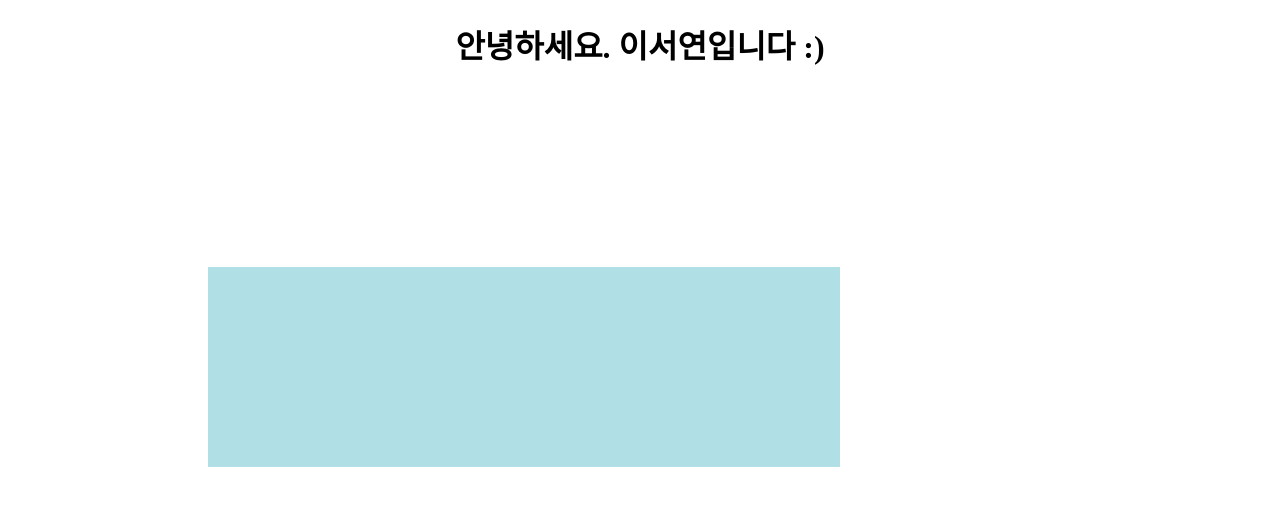
Repository: seoyeon0619/WebProgramming
Page: http://localhost/myhome1/자기소개.jsp
An editor plug-in stored every save of this project. The page is shown before and after the next save, followed by the edit.
The browser window is 1280 px wide. The pictures show the whole page.
Some web fonts or font styles are not loaded; a fallback is used. The page is served by Tomcat 9.

Above is the page before, as saved 2022-12-29 08:19:38.

### workspace1/myhome1/src/main/webapp/자기소개.jsp
<%@ page language="java" contentType="text/html; charset=UTF-8"
    pageEncoding="UTF-8"%>
<!DOCTYPE html>
<html>
<head>
<meta charset="UTF-8">
<title>Insert title here</title>
<link rel="preconnect" href="https://fonts.googleapis.com"><link rel="preconnect" href="https://fonts.gstatic.com" crossorigin>
<link href="https://fonts.googleapis.com/css2?family=Gaegu:wght@700&family=Rubik+Bubbles&display=swap" rel="stylesheet">
</head>
<body>
<style>
        body, h1, h2, h3, h4, h5, h6, p, span {
          font-family: 'Gaegu', cursive;
          text-align : center;
        }

        body {
        text-align : center;
        }

        div {
        margin-top : 200px;
        margin-left : 200px;
        height: 200px;
  		width: 50%;
  		background-color: powderblue;
        }



</style>

	<h1>안녕하세요. <strong>이서연</strong>입니다 :) </h1>

<div>

</div>


</body>
</html>

After the next save:
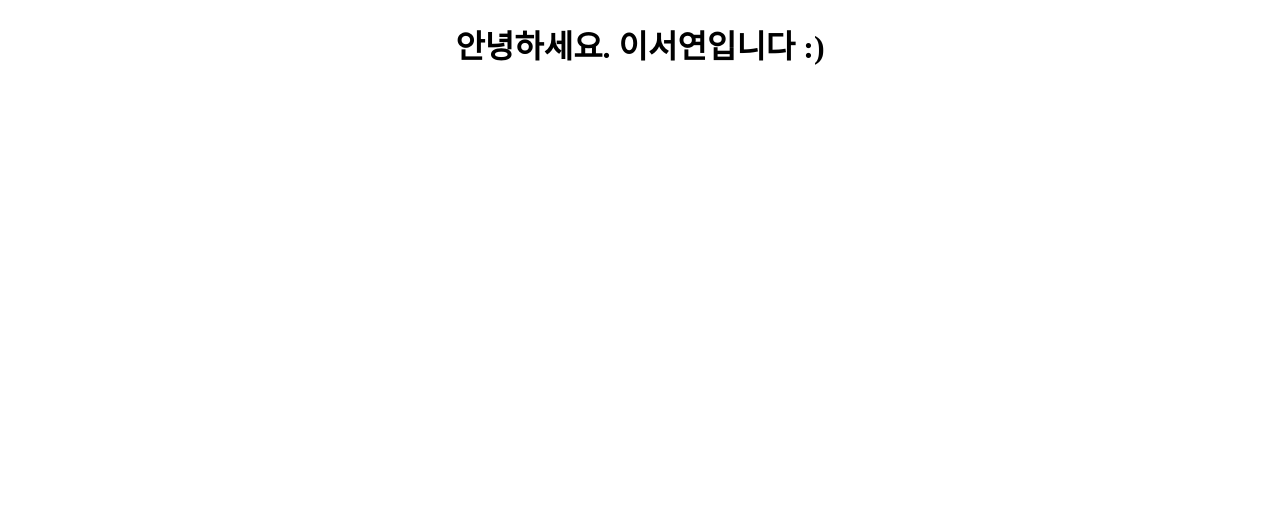
Saved 37 s later.
--- a/workspace1/myhome1/src/main/webapp/자기소개.jsp
+++ b/workspace1/myhome1/src/main/webapp/자기소개.jsp
@@ -22,9 +22,9 @@
         div {
         margin-top : 200px;
         margin-left : 200px;
-        height: 200px;
+        height: 50%;
   		width: 50%;
-  		background-color: powderblue;
+  		background-color: #ffe0e5;
         }
 
 
